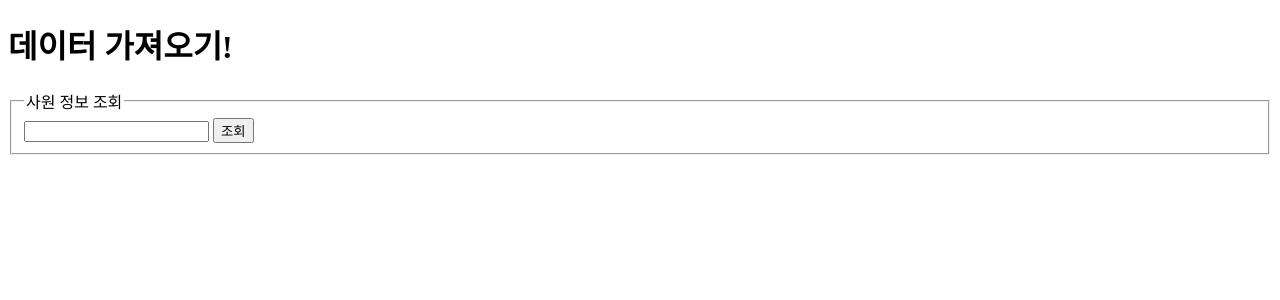
Repository: whdkwhdk90/JAVA
Page: 실습 코드/7. AJAX/UI_JQ_Ajax/WebContent/jq09_ajax.html
An editor plug-in stored every save of this project. The page is shown before and after the next save, followed by the edit.
The browser window is 1280 px wide. The pictures show the whole page.

Above is the page before, as saved 2020-06-22 03:48:56.

### 실습 코드/7. AJAX/UI_JQ_Ajax/WebContent/jq09_ajax.html
<!DOCTYPE html>
<html>
<head>
<meta charset="UTF-8">
<title>Insert title here</title>
</head>
<body>
	<h1>데이터 가져오기!</h1>

	<fieldset>
		<legend>사원 정보 조회</legend>
		<input type="text" name="empid">
		<input type="button" id="emp_search" value="조회">
	</fieldset>
</body>
</html>

After the next save:
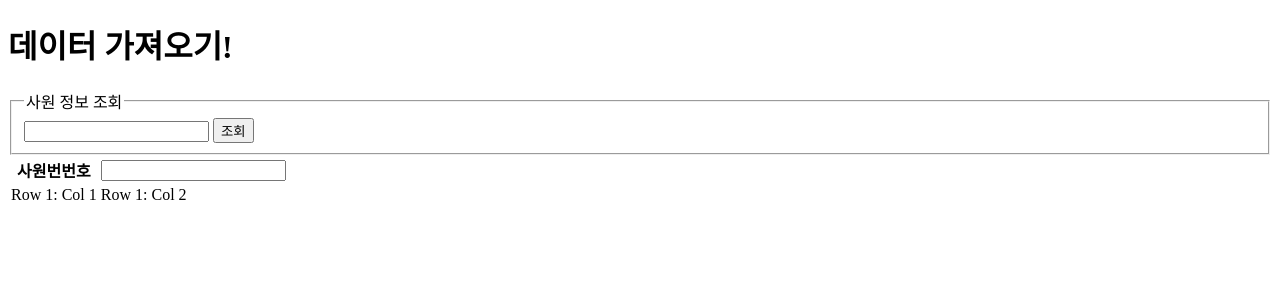
Saved 77 s later.
--- a/실습 코드/7. AJAX/UI_JQ_Ajax/WebContent/jq09_ajax.html
+++ b/실습 코드/7. AJAX/UI_JQ_Ajax/WebContent/jq09_ajax.html
@@ -12,5 +12,16 @@
 		<input type="text" name="empid">
 		<input type="button" id="emp_search" value="조회">
 	</fieldset>
+	<table>
+		  <tr>
+			    <th>사원번번호</th>
+			    <th><input type="text" name="empNum"></th>
+		  </tr>
+		  <tr>
+			    <td>Row 1: Col 1</td>
+			    <td>Row 1: Col 2</td>
+		  </tr>
+	</table>
+
 </body>
 </html>
